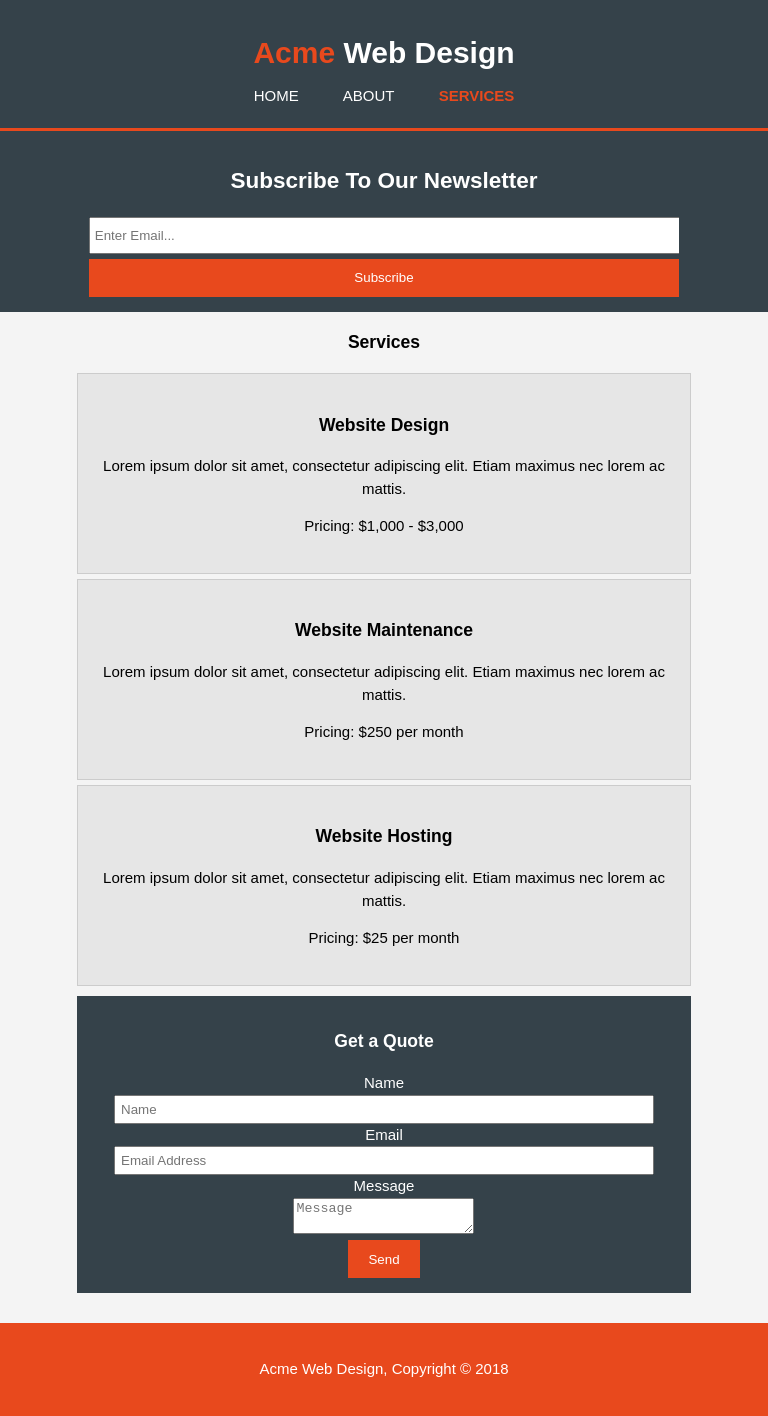
Repository: pablitoe61/exercices-html
Page: responsive/services.html
The author's editor kept a record of every edit. The page is drawn from the files as they stood at one moment, then again after the next edit.
The browser window is 768 px wide. The pictures show the whole page.
Some web libraries are served in a nearby version.

Above is the page before.

### responsive/services.html
<!DOCTYPE html>
    <html lang="en">
        <head>
            <title>Acme Web Design | Services</title>
            <meta charset="UTF-8">
            <meta name="viewport" content="width=device-width, initial-scale=1.0">
            <meta http-equiv="X-UA-Compatible" content="ie=edge">
            <meta name="description" content="Affordable and professional web design">
            <meta name="keywords" content="web design, affordable web design, professional web design">
            <meta name="author" content="Pablo Espinoza">
            <link rel="stylesheet" href="https://use.fontawesome.com/releases/v5.5.0/css/all.css" integrity="sha384-B4dIYHKNBt8Bc12p+WXckhzcICo0wtJAoU8YZTY5qE0Id1GSseTk6S+L3BlXeVIU" crossorigin="anonymous">
            <link rel="stylesheet" href="css/styles.css">
        </head>
        <body>

            <header>
                <div class="container">
                    <div id="branding">
                        <h1><span class="highlight">Acme</span> Web Design</h1>
                    </div>
                    <nav>
                        <ul>
                            <li><a href="index.html">Home</a></li>
                            <li><a href="about.html">About</a></li>
                            <li class="current"><a href="services.html">Services</a></li>
                        </ul>
                    </nav>
                </div>
            </header>


            <section id="newsletter">
                <div class="container">
                    <h1>Subscribe To Our Newsletter</h1>
                    <form>
                        <input type="email" placeholder="Enter Email...">
                        <button type="submit" class="button_1">Subscribe</button>
                    </form>
                </div>
            </section>

            <section id="main">
                <div class="container">
                    <article id="main-col">
                        <h1 class="page-title">Services</h1>
                        <ul id="services">
                            <li>
                                <h3>Website Design</h3>
                                <p>Lorem ipsum dolor sit amet, consectetur adipiscing elit. Etiam maximus nec lorem ac mattis.</p>
                                <p>Pricing: $1,000 - $3,000</p>
                            </li>
                            <li>
                                <h3>Website Maintenance</h3>
                                <p>Lorem ipsum dolor sit amet, consectetur adipiscing elit. Etiam maximus nec lorem ac mattis.</p>
                                <p>Pricing: $250 per month</p>
                            </li>
                            <li>
                                <h3>Website Hosting</h3>
                                <p>Lorem ipsum dolor sit amet, consectetur adipiscing elit. Etiam maximus nec lorem ac mattis.</p>
                                <p>Pricing: $25 per month</p>
                            </li>
                        </ul>
                    </article>

                    <aside id="sidebar">
                        <div class="dark">
                            <h3>Get a Quote</h3>
                            <form class="quote">
                                <div>
                                    <label>Name</label><br>
                                    <input type="text" placeholder="Name">
                                </div>
                                <div>
                                    <label>Email</label><br>
                                    <input type="email" placeholder="Email Address">
                                </div>
                                <div>
                                    <label>Message</label><br>
                                    <textarea placeholder="Message"></textarea>
                                </div>
                                <button class="button_1" type="submit">Send</button>
                            </form>
                        </div>
                    </aside>
                </div>
            </section>

            <footer>
                <p>Acme Web Design, Copyright &copy; 2018</p>
            </footer>

        </body>
    </html>

### responsive/css/styles.css
body{
    font: 15px/1.5 Arial, Helvetica, sans-serif;
    padding:0;
    margin:0;
    background-color:#f4f4f4;
}

/* Global */

.container{
    width:80%;
    margin:auto;
    overflow:hidden;
}

ul{
    margin:0;
    padding:0;
}

.button_1{
    height:38px;
    background:#e8491d;
    border:0;
    padding: 0 20px;
    color:#fff;
}

.dark{
    padding:15px;
    background:#35424a;
    color:#fff;
    margin-top:10px;
    margin-bottom:10px;
}

/* Header */

header{
    background:#35424a;
    color:#ffffff;
    padding-top:30px;
    min-height:70px;
    border-bottom:#e8491d 3px solid;
}

header a{
    color:#fff;
    text-decoration:none;
    text-transform:uppercase;
}

header ul{
    margin:0;
    padding:0;
}

header li{
    float:left;
    display: inline;
    padding: 0 20px;
}

header #branding{
    float:left;
}

header #branding h1{
    margin:0;
}

header nav{
    float:right;
    margin-top:10px;
}

header .highlight, header .current a{
    color:#e8491d;
    font-weight:bold;
}

header a:hover{
    color:#ccc;
    font-weight:bold;
}

/* Showcase */

#showcase{
    min-height:400px;
    background:url(../img/showcase.jpg) no-repeat -600px -700px;
    filter:grayscale(20%);
    text-align:center;
    color:#fff;
}

#showcase h1{
    margin-top:100px;
    font-size:55px;
    margin-bottom:10px;
}

#showcase p{
    font-size:20px;
}

/* Newsletter */

#newsletter{
    padding:15px;
    color:#fff;
    background:#35424a;
}

#newsletter h1{
    float:left;
}

#newsletter form{
    float:right;
    margin-top:15px;
}

#newsletter input[type="email"]{
    padding:4px;
    height:25px;
    width:250px;
}

/* Boxes */

#boxes{
    margin-top:20px;
}

#boxes .box{
    float:left;
    text-align:center;
    width:30%;
    padding:10px;
}

#boxes .box .logu{
    font-size: 150px;
}

.fa-html5{
    color:#F16529;
}

.fa-css3-alt{
    color:#2A65F1;
}


/* Sidebar */

aside#sidebar{
    float:right;
    width:30%;
    margin-top:10px;
}

aside#sidebar .quote input, aside#sidebar .quote input {
    width:90%;
    padding:5px;
}

/* Main-col */

article#main-col{
    float:left;
    width:65%;
}

/* Services */

ul#services li{
    list-style:none;
    padding:20px;
    border: #ccc solid 1px;
    margin-bottom:5px;
    background:#e6e6e6;
}

footer{
    padding:20px;
    margin-top:20px;
    color:#fff;
    background-color:#e8491d;
    text-align:center;
}

/* Media Queries */

@media(max-width: 768px){
    header #branding,
    header nav,
    header nav li,
    #newsletter h1,
    #newsletter form,
    #boxes .box,
    article#main-col,
    aside#sidebar{
        float:none;
        text-align:center;
        width:100%;
    }

    header{
        padding-bottom:20px;
    }

    #showcase h1{
        margin-top:40px;
    }

    #newsletter button{
        display:block;
        width:100%;
    }

    #newsletter form input[type="email"]{
        width:100%;
        margin-bottom:5px;
    }
}

After the next edit:
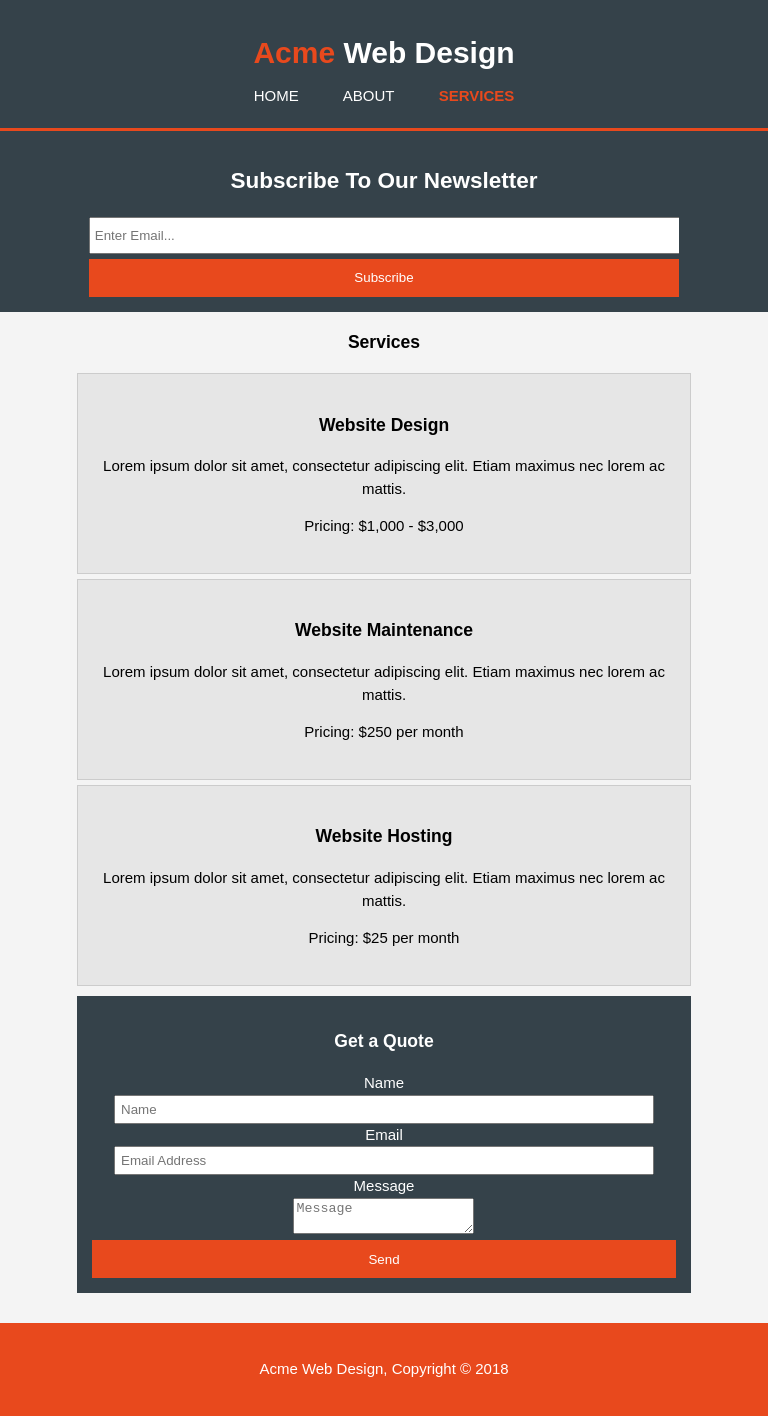
The edit:
--- a/responsive/css/styles.css
+++ b/responsive/css/styles.css
@@ -215,7 +215,7 @@
         margin-top:40px;
     }
 
-    #newsletter button{
+    #newsletter button, .quote button{
         display:block;
         width:100%;
     }
